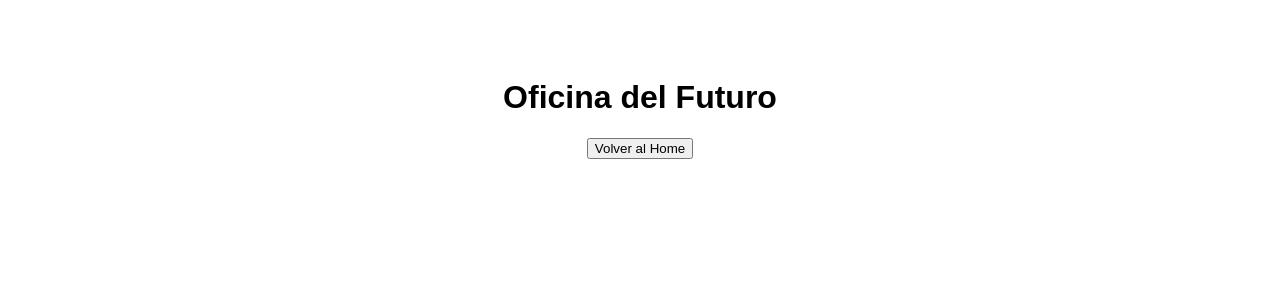
Repository: dalcava/Prototipos-Oficinas-del-futuro
Page: oficina-del-futuro.html
The author's editor kept a copy of each file at every save. The page is drawn from the files as they stood at one save, then again after the next save.
The browser window is 1280 px wide. The pictures show the whole page.

Above is the page before, as saved 2026-02-12 15:39:25.

After the next save:
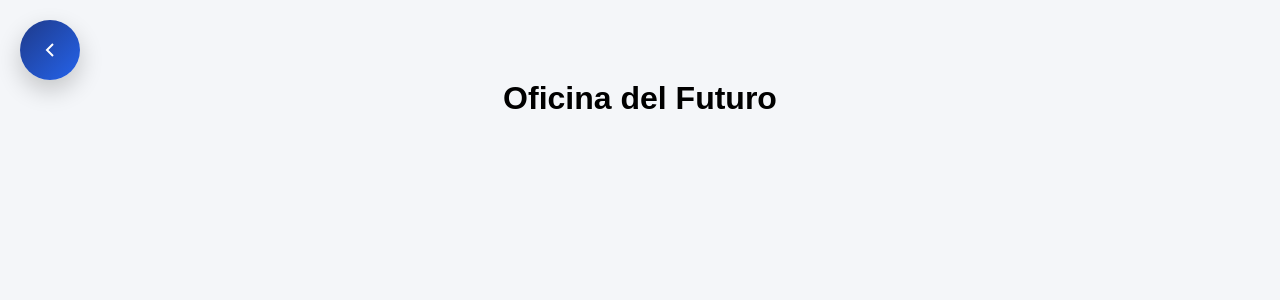
Saved 62 s later.
--- a/oficina-del-futuro.html
+++ b/oficina-del-futuro.html
@@ -1,17 +1,98 @@
 <!doctype html>
 <html lang="es">
 <head>
-  <meta charset="utf-8" />
-  <meta name="viewport" content="width=device-width, initial-scale=1" />
-  <title>Oficina del Futuro</title>
+<meta charset="utf-8" />
+<meta name="viewport" content="width=device-width, initial-scale=1" />
+<title>Oficina del Futuro</title>
+
+<style>
+  body {
+    margin: 0;
+    font-family: Arial, sans-serif;
+    background: #f4f6f9;
+  }
+
+  h1 {
+    text-align: center;
+    margin-top: 80px;
+  }
+
+  /* Contenedor del botón */
+  .back-container {
+    position: fixed;
+    top: 20px;
+    left: 20px;
+    z-index: 1000;
+  }
+
+  /* Botón circular */
+  .back-btn {
+    width: 60px;
+    height: 60px;
+    border-radius: 50%;
+    border: none;
+    cursor: pointer;
+    background: linear-gradient(135deg, #1e3a8a, #2563eb);
+    box-shadow: 0 10px 25px rgba(0, 0, 0, 0.2);
+    display: flex;
+    align-items: center;
+    justify-content: center;
+    transition: all 0.25s ease;
+  }
+
+  .back-btn:hover {
+    transform: translateY(-4px);
+    box-shadow: 0 15px 30px rgba(0, 0, 0, 0.25);
+  }
+
+  .back-btn svg {
+    width: 24px;
+    height: 24px;
+    stroke: white;
+    stroke-width: 2;
+    fill: none;
+  }
+
+  /* Tooltip */
+  .tooltip {
+    margin-top: 10px;
+    background: #0f172a;
+    color: white;
+    padding: 6px 12px;
+    border-radius: 8px;
+    font-size: 14px;
+    opacity: 0;
+    transform: translateY(-5px);
+    transition: all 0.2s ease;
+    white-space: nowrap;
+  }
+
+  .back-container:hover .tooltip {
+    opacity: 1;
+    transform: translateY(0);
+  }
+
+</style>
 </head>
-<body style="font-family: Arial; text-align:center; padding-top:50px;">
 
-  <h1>Oficina del Futuro</h1>
+<body>
 
-  <button onclick="window.location.href='index.html'">
-    Volver al Home
+<div class="back-container">
+  <button class="back-btn" onclick="volver()">
+    <svg viewBox="0 0 24 24">
+      <path d="M15 18l-6-6 6-6"/>
+    </svg>
   </button>
+  <div class="tooltip">Volver al home</div>
+</div>
+
+<h1>Oficina del Futuro</h1>
+
+<script>
+  function volver() {
+    window.location.href = "index.html";
+  }
+</script>
 
 </body>
 </html>
